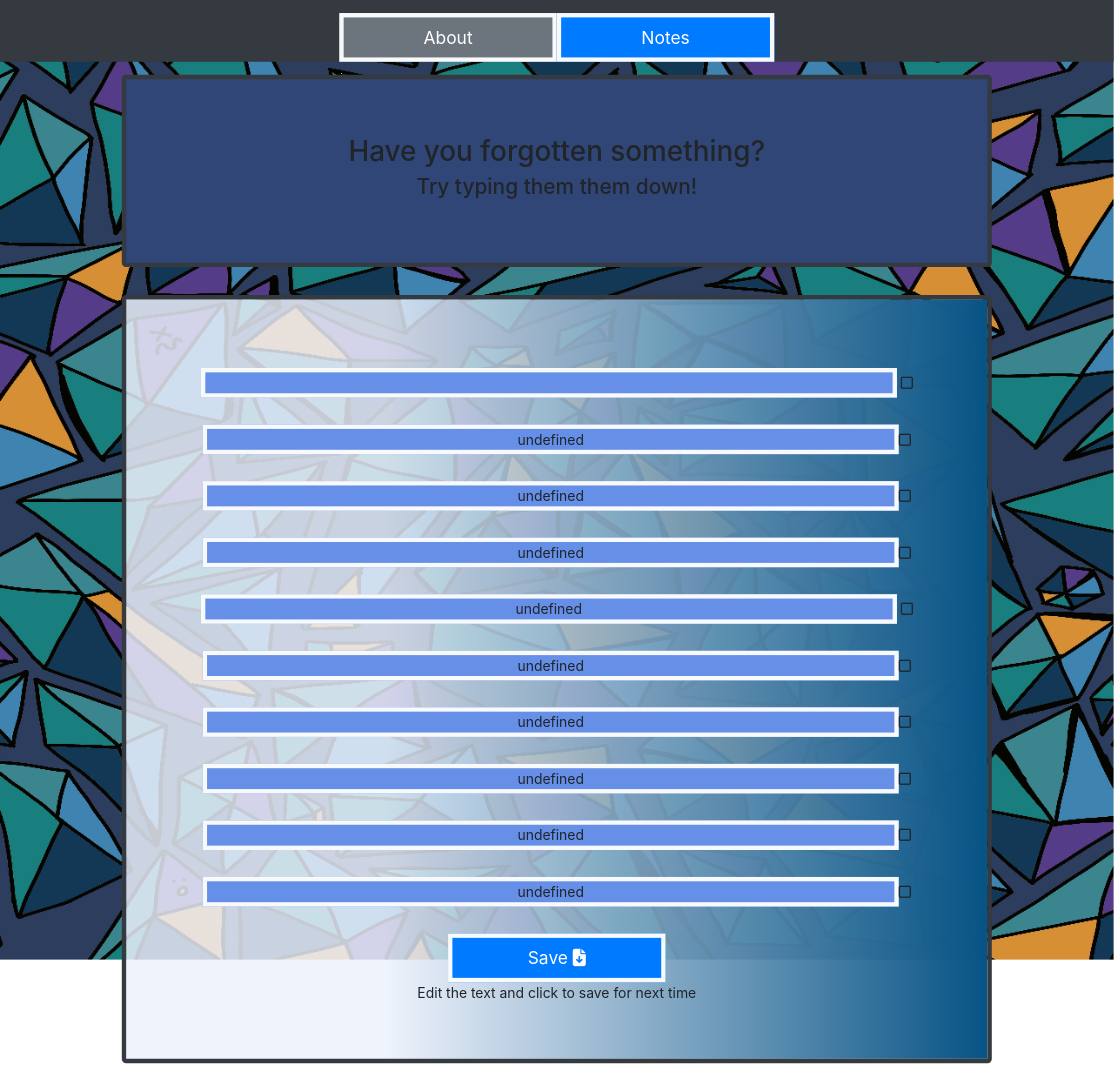
Repository: Kamicoda/Mynote
Page: index.html
The author's editor kept a record of every edit. The page is drawn from the files as they stood at one moment, then again after the next edit.
The browser window is 1280 px wide. The pictures show the whole page, at 87% of full size.
Backgrounds fixed to the window are drawn as part of the page. Some web fonts or font styles are not loaded; a fallback is used. Some web libraries are served in a nearby version.

Above is the page before.

### index.html
<!DOCTYPE html>
<html lang="en">

<head>
    <meta charset="UTF-8">
    <meta name="viewport" content="width=device-width, initial-scale=1.0">
    <meta http-equiv="X-UA-Compatible" content="ie=edge">
    <title>Document</title>


    <!--Bootstrap-->
    <link rel="stylesheet" href="https://maxcdn.bootstrapcdn.com/bootstrap/4.2.1/css/bootstrap.min.css" type="text/css" />
    <link rel="stylesheet" href="https://cdnjs.cloudflare.com/ajax/libs/hover.css/2.3.1/css/hover-min.css" type="text/css" />
    <!--Css-->
    <link rel="stylesheet" href="assets/style/style.css" type="text/css" />
    <!--Jquery-->
    <script src="https://code.jquery.com/jquery-3.4.1.min.js" integrity="sha256-CSXorXvZcTkaix6Yvo6HppcZGetbYMGWSFlBw8HfCJo=" crossorigin="anonymous"></script>

    <!--Scripts-->
    <script src="https://kit.fontawesome.com/06adabaaa3.js"></script>
    <script type="text/javascript" src="assets/js/script1.js"></script>
    <script type="text/javascript" src="assets/js/script2.js"></script>


</head>

<body class="bgbody" onload="checkEdits()">

    <!--navigation-->
    <div class="container-fluid bg-dark">
        <ul class="nav justify-content-center w-100">
            <li class="nav-item">
                <button id="aboutNav" type="button" class="btn btn-secondary btn-lg border border-light">About</button>
            </li>
            <li class="nav-item">
                <button id="notesNav" type="button" class="btn btn-primary btn-lg border border-light">Notes</button>
            </li>

        </ul>
    </div>

    <div class="jumbotron border border-dark header bg-grey mx-auto">
        <h2> Have you forgotten something?</h2>
        <h4>Try typing them them down!</h4>
    </div>

    <div class="jumbotron border border-dark cont header mx-auto">
        <div class="container-flex">


            <section id="aboutSec">
                <div class="row">
                    <div class="col">
                        <h1>About</h1>
                        <p>here to help you remember!</p>
                        <div class="row">
                            <div class="col-6">
                                <p>this website should make writing things down a little easier there are a few geatures to be added at some point, these include a printable nates list, the ability to create and delete your notes, ability to add thumbnails
                                    with your links(WIP) and more!</p>
                            </div>
                            <div class="col-4">
                                <p>to use this site simply type in your thoughts and click save!</p>
                            </div>
                        </div>
                    </div>
                </div>
        </div>
        </section>

        <section id="notesSec">
            <div class="row">

                <div class="col-12">
                    <div id="editList" class="row">

                        <div class="col-12">
                            <p id="edit" contenteditable="true" class="editableP border border-light"></p>
                            <div id="checkBox" class="checkbox">
                        <i id="fasquare" class="far fa-square"></i>
                        <i id="fabox" class="far fa-check-square"></i>
                    </div>
                        </div>

                        <div class="col-12">
                            <p id="edit1" contenteditable="true" class="editableP border border-light"></p><div id="checkBox1" class="checkbox">
                        <i id="fasquare" class="far fa-square"></i>
                        <i class="far fa-check-square"></i>
                    </div>
                        </div>

                        <div class="col-12">
                            <p id="edit2" contenteditable="true" class="editableP border border-light"></p><div id="checkBox2" class="checkbox">
                        <i id="fasquare" class="far fa-square"></i>
                        <i class="far fa-check-square"></i>
                    </div>
                        </div>

                        <div class="col-12">
                            <p id="edit3" contenteditable="true" class="editableP border border-light"></p><div id="checkBox3" class="checkbox">
                        <i id="fasquare" class="far fa-square"></i>
                        <i class="far fa-check-square"></i>
                    </div>
                        </div>

                        <div class="col-12">
                            <p id="edit4" contenteditable="true" class="editableP border border-light"></p> <div id="checkBox4" class="checkbox">
                        <i class="far fa-square"></i>
                        <i class="far fa-check-square"></i>
                    </div>
                        </div>

                        <div class="col-12">
                            <p id="edit5" contenteditable="true" class="editableP border border-light"></p><div id="checkBox5" class="checkbox">
                        <i class="far fa-square"></i>
                        <i class="far fa-check-square"></i>
                    </div>
                        </div>

                        <div class="col-12">
                            <p id="edit6" contenteditable="true" class="editableP border border-light"></p><div id="checkBox6" class="checkbox">
                        <i class="far fa-square"></i>
                        <i class="far fa-check-square"></i>
                    </div>
                        </div>

                        <div class="col-12">
                            <p id="edit7" contenteditable="true" class="editableP border border-light"></p><div id="checkBox7" class="checkbox">
                        <i class="far fa-square"></i>
                        <i class="far fa-check-square"></i>
                    </div>
                        </div>

                        <div class="col-12">
                            <p id="edit8" contenteditable="true" class="editableP border border-light"></p><div id="checkBox8" class="checkbox">
                        <i class="far fa-square"></i>
                        <i class="far fa-check-square"></i>
                    </div>
                        </div>

                        <div class="col-12">
                            <p id="edit9" contenteditable="true" class="editableP border border-light"></p><div id="checkBox9" class="checkbox">
                        <i class="far fa-square"></i>
                        <i class="far fa-check-square"></i>
                    </div>

                            <div>
                                <button type="button " onclick="save()" class="btn btn-primary btn-lg border border-light saveButton">Save
                        <i class="fas fa-file-download"></i></button>
                            </div>

                            <div id="update"> Edit the text and click to save for next time </div>
                        </div>
                    </div>
                </div>
            </div>
        </section>
    </div>

</body>
<footer>

</footer>

</html>

### assets/style/style.css
@import url('https://fonts.googleapis.com/css?family=Roboto:100,200,300,400,500,600,700|Exo:100,200,300,400,500,600,700|Six Caps:100,200,300,400,500,600,700');
/* Palette URL: http://paletton.com/#uid=a3K0o0k6J95irOtlmmkmW6wBrbb */

/* Feel free to copy&paste color codes to your application */

/* As RGBa codes */

/*
base-grey
RGB: 38–41–47

dark blu
RGB: 9–26–63

light grey
RGB: 126–135–155

blue
RGB: 48–70–118

light blue
RGB: 102–143–232

*/

/* Generated by Paletton.com © 2002-2014 */

/* http://paletton.com */

/*Colors*/

.bg-dark {
    background-color: rgba(39, 42, 48, 1);
}

.bg-grey {
    background-color: rgba(48, 70, 119, 1);
}

.bg-light {
    background-color: rgba(72, 63, 57, 0.5);

}

/*background*/
.border-dark {
    margin-top: 15px;
    border-width: 5px !important;

    border-bottom-style: solid;
    border-color: rgba(39, 42, 48, 1);
}

.border-light {
    margin-top: 15px;
    border-width: 5px !important;

    border-bottom-style: solid;
    border-color: rgba(39, 42, 48, 1);
}

.bgbody {
    background: url("notesBg.jpg");
    Margin: 0;
    background-position: top;
    background-repeat: no-repeat;
    background-attachment: fixed;
    min-width: 100%;
    z-index: -1;
}

.navigationbackground {
    position: fixed;
    height: 100%;
    width: 100%;
}


.btn {
    border-radius: 0;
    width: 250px;
}

.header {
    text-align: center;
    width: 1000px;

    }

.editableP {
    padding: 5;
    background-color: rgba(102, 143, 232, 1);
    display: inline-block;
    width: 800px;
}

.cont {
  background: rgb(236,241,252);
background: linear-gradient(90deg, rgba(236,241,252,0.835171568627451) 30%, rgba(7,83,133,1) 100%);

}


.ul .li {
    list-style: none;
}

.checkbox {
    margin-bottom: 16px;
    text-align: left;
    display: inline-block;
}

### assets/js/script1.js
//Buttons
$(document).ready(function() {

    $('#aboutSec').toggle();
    $('#notesSec').show();
    $('#gamesSec').toggle();
    $('#linksSec').toggle();
    $('.fa-check-square').toggle();

    //$('#item').toggle();
    //$('#item1').toggle();
    //$('#item2').toggle();

    $('#aboutNav').on('click', function() {
        $('#aboutSec').toggle(1000);

    });

    $('#notesNav').on('click', function() {
        $('#notesSec').toggle(1000);

    });

    $('#gamesNav').on('click', function() {
        $('#gamesSec').toggle(1000);

    });

    $('#linksNav').on('click', function() {
        $('#menu3').toggle();
        $('#linksSec').toggle(1000);

    });

    $('#checkBox').on('click', function() {
        $('#fasquare').toggle();
        $('#fabox').toggle();
    });

    $('#checkBox1').on('click', function() {
       $('#fasquare').toggle();
        $('#fabox').toggle();
    });

    $('#checkBox2').on('click', function() {
       $('#fasquare').toggle();
        $('#fabox').toggle();
    });

    $('#checkBox3').on('click', function() {
       $('#fasquare').toggle();
        $('#fabox').toggle();
    });

    $('#checkBox4').on('click', function() {
        $('#fasquare').toggle();
        $('#fabox').toggle();
    });

    $('#checkBox5').on('click', function() {

    });

    $('#checkBox6').on('click', function() {

    });

    $('#checkBox7').on('click', function() {

    });

    $('#checkBox8').on('click', function() {

    });

    $('#checkBox9').on('click', function() {

    });


    // $('#new').on('click', function() {
    //  count += 1;
    //  $('#item' + count).show()
    //$('#editList').append(`<p id="edit` + count + `" contenteditable="true" class="editableP"></p><button type="button " onclick="save`+ count +`()" class="saveButton">Save
    // <i class="fas fa-file-download"></i></button>`);

    // });
});

// this is adding numbers to the ID "edit"
var count = 0;

### assets/js/script2.js

function save() {
localStorage.userEdits = document.getElementById("edit").innerText;
localStorage.userEdits1 = document.getElementById("edit1").innerText;
localStorage.userEdits2 = document.getElementById("edit2").innerText;
localStorage.userEdits3 = document.getElementById("edit3").innerText;
localStorage.userEdits4 = document.getElementById("edit4").innerText;
localStorage.userEdits5 = document.getElementById("edit5").innerText;
localStorage.userEdits6 = document.getElementById("edit6").innerText;
localStorage.userEdits7 = document.getElementById("edit7").innerText;
localStorage.userEdits8 = document.getElementById("edit8").innerText;
localStorage.userEdits9 = document.getElementById("edit9").innerText;

document.getElementById("update").innerHTML="Edits saved!";
}

function checkEdits() {

if(localStorage.userEdits!=null)
document.getElementById("edit").innerHTML = localStorage.userEdits;
document.getElementById("edit1").innerHTML = localStorage.userEdits1;
document.getElementById("edit2").innerHTML = localStorage.userEdits2;
document.getElementById("edit3").innerHTML = localStorage.userEdits3;
document.getElementById("edit4").innerHTML = localStorage.userEdits4;
document.getElementById("edit5").innerHTML = localStorage.userEdits5;
document.getElementById("edit6").innerHTML = localStorage.userEdits6;
document.getElementById("edit7").innerHTML = localStorage.userEdits7;
document.getElementById("edit8").innerHTML = localStorage.userEdits8;
document.getElementById("edit9").innerHTML = localStorage.userEdits9;
}

//original code idea from https://www.developerdrive.com/allowing-users-to-edit-text-content-with-html5/
//with some tweaking


//

After the next edit:
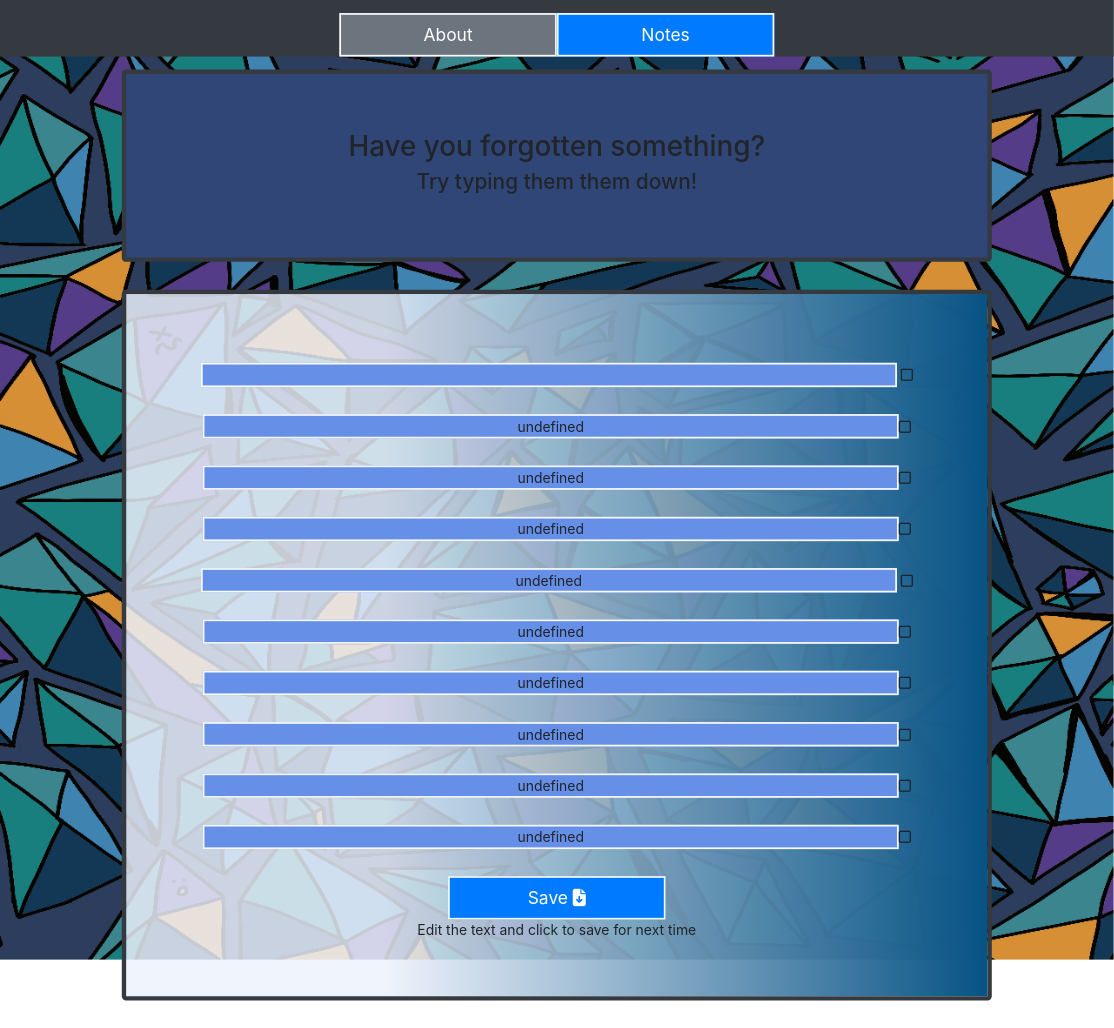
The edit:
--- a/assets/style/style.css
+++ b/assets/style/style.css
@@ -53,7 +53,7 @@
 
 .border-light {
     margin-top: 15px;
-    border-width: 5px !important;
+    border-width: 2px !important;
 
     border-bottom-style: solid;
     border-color: rgba(39, 42, 48, 1);
